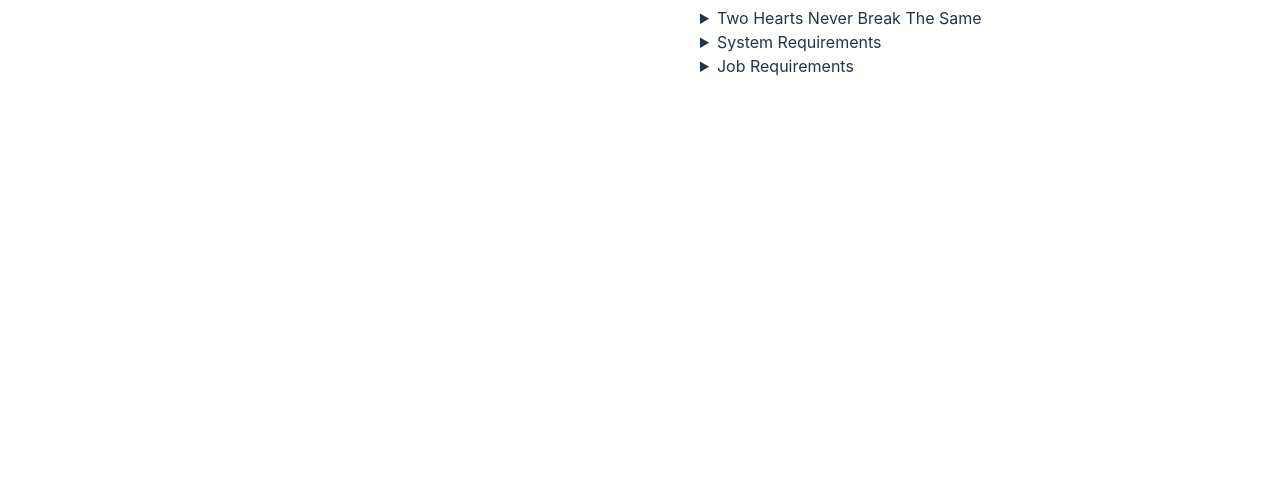
Repository: GavinPahal/my_app
Page: / (app in react/)
The author's editor kept a copy of each file at every save. The page is drawn from the files as they stood at one save, then again after the next save.
The browser window is 1280 px wide. The pictures show the part of the page from y = 500 to 978 px (the page is 978 px tall).
The project was rebuilt for these pictures with package versions that can differ from the ones it lists, and the page was loaded fresh each time. Also part of the build but not shown: react/vite.config.js.

Above is the page before, as saved 2024-09-14 00:54:06.

After the next save:
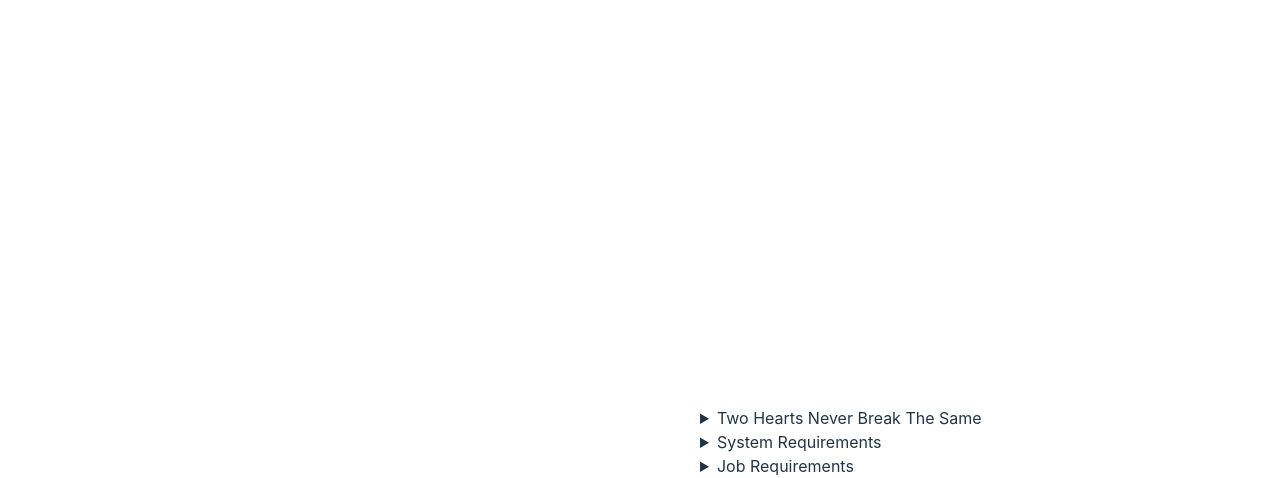
Saved 15 s later.
--- a/react/src/App.css
+++ b/react/src/App.css
@@ -8,6 +8,6 @@
 }
 
 .album{
-  padding-bottom: 400px;
+  padding-top: 400px;
   padding-left: 700px;
 }
